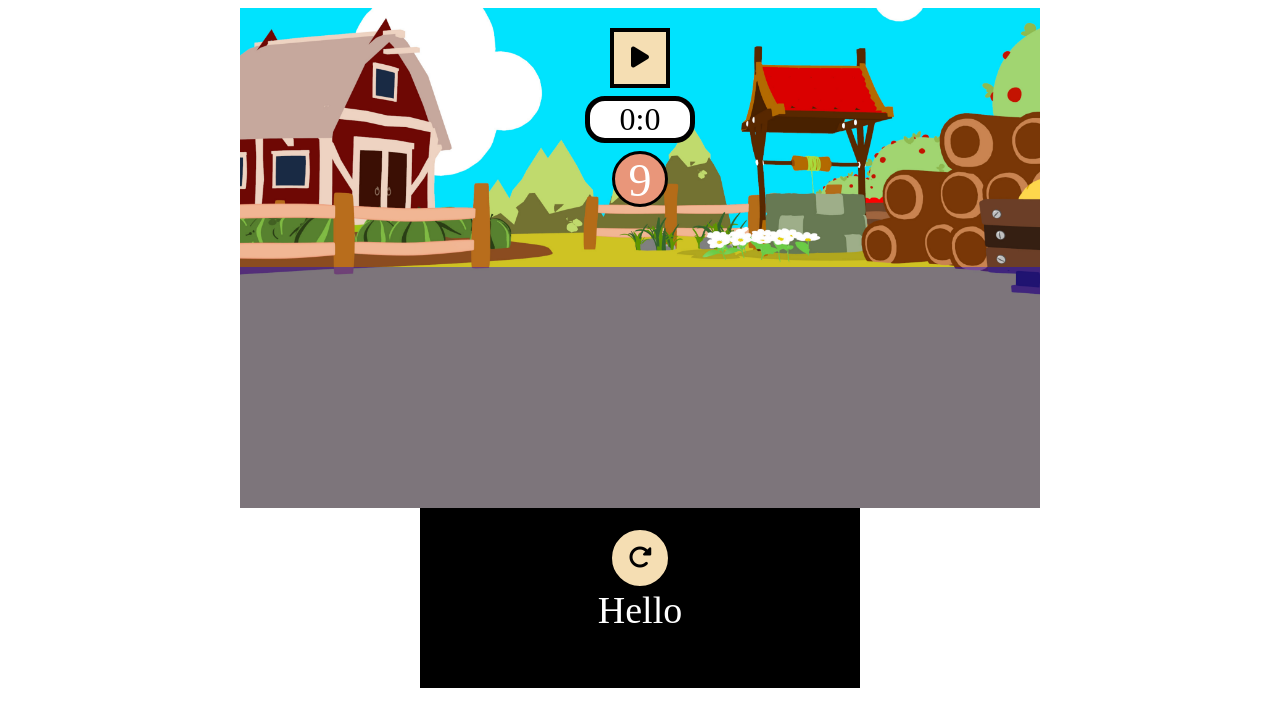
Repository: yoon-dh/JS_Prac
Page: carrot_game/index.html
An editor plug-in stored every save of this project. The page is shown before and after the next save, followed by the edit.
The browser window is 1280 px wide. The pictures show the whole page.
Some web libraries are served in a nearby version.

Above is the page before, as saved 2023-06-23 21:53:57.

After the next save:
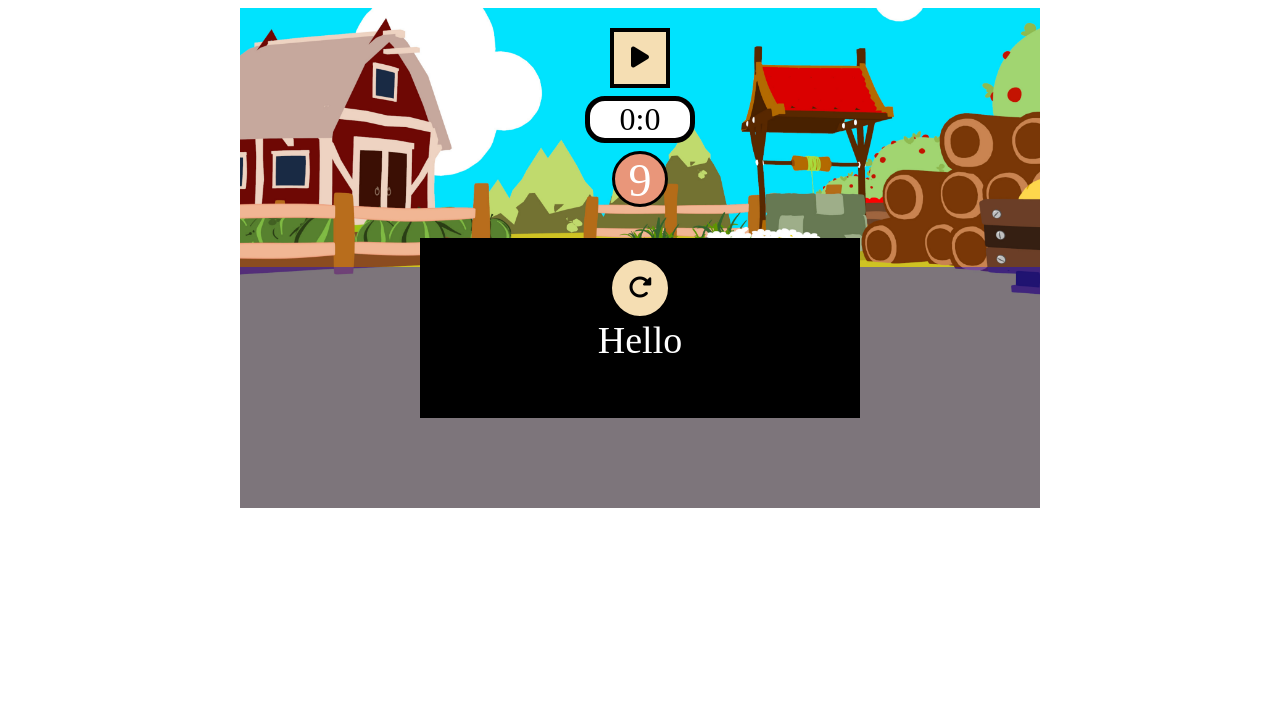
Saved 22 s later.
--- a/carrot_game/style.css
+++ b/carrot_game/style.css
@@ -77,6 +77,7 @@ body {
   background-color: black;
   color: white;
   text-align: center;
+  transform: translateY(-150%);
 }
 
 .pop-up__refresh {
